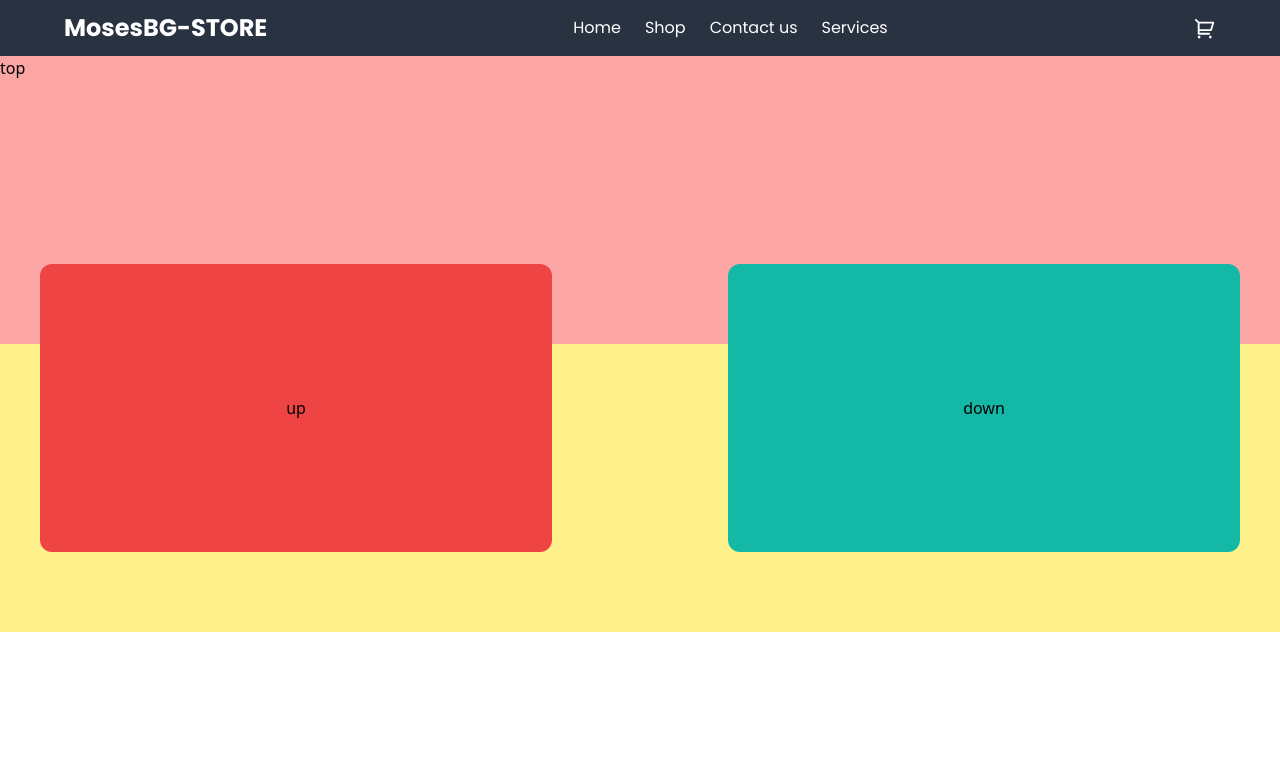
Repository: moshebengan/cart
Page: /fake-store/contact-us
These files come from the project's save history. The page is drawn as it stood at one moment and after the next save; the edit follows.
The browser window is 1280 px wide. The pictures show the whole page.
The project was rebuilt for these pictures with package versions that can differ from the ones it lists, and the page was loaded fresh each time. Also part of the build but not shown: vite.config.js, src/components/Error.jsx, src/utils/data.js, src/utils/apiCalls.js, src/components/Loading.jsx, src/components/Products.jsx, src/components/Footer.jsx, src/pages/HomePage.jsx and 5 more.

Above is the page before, as saved 2024-09-15 15:36:56.

After the next save:
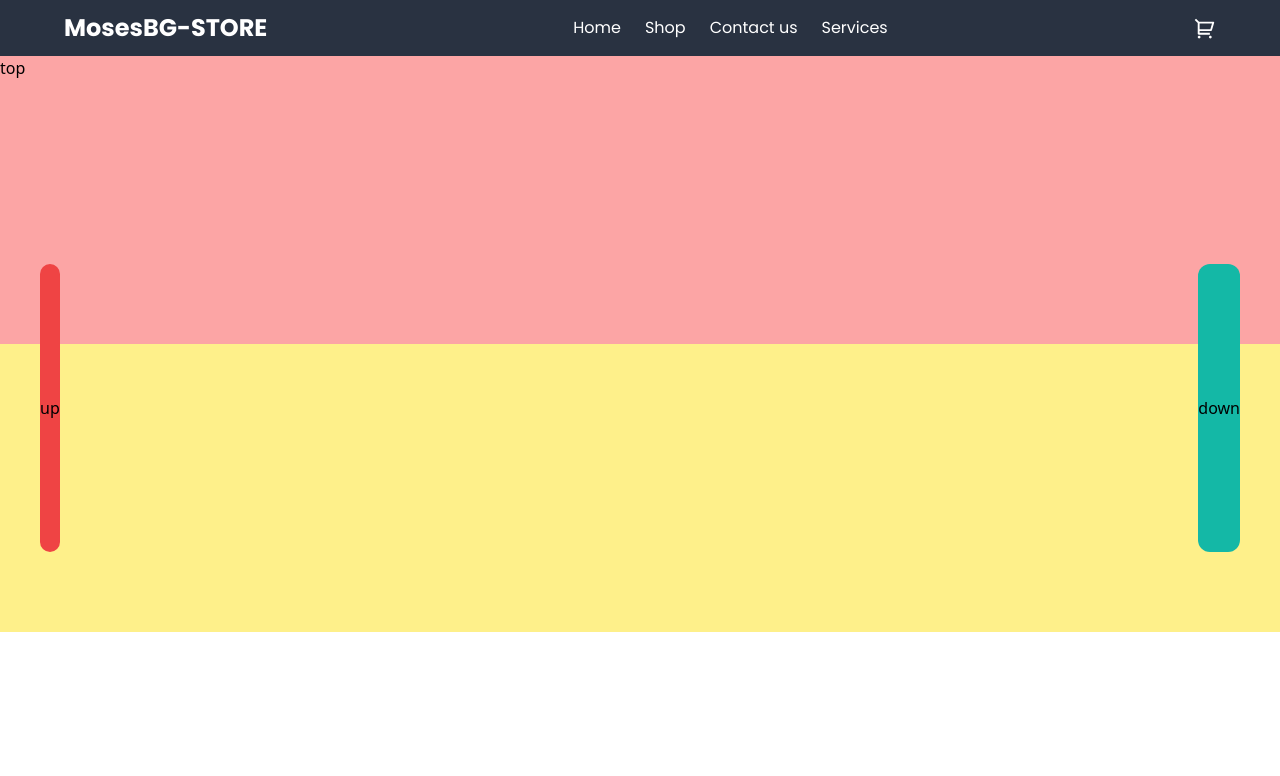
Saved 54 s later.
--- a/src/pages/ContactUs.jsx
+++ b/src/pages/ContactUs.jsx
@@ -5,8 +5,8 @@
     <div className="w-full h-screen flex flex-col">
       <div className="w-full h-[40%] bg-red-300">top</div>
       <div className="w-full h-[40%] bg-yellow-200 flex flex-row relative">
-        <div className="absolute ml-10 w-2/5 h-full bg-red-500 left-0  -top-20 flex items-center justify-center rounded-xl" >up</div>
-        <div className="absolute mr-10 w-2/5 h-full bg-teal-500 right-0 -top-20 flex items-center justify-center rounded-xl">down</div>
+        <div className="absolute ml-10 w-3/7 h-full bg-red-500 left-0  -top-20 flex items-center justify-center rounded-xl" >up</div>
+        <div className="absolute mr-10 w-3/7 h-full bg-teal-500 right-0 -top-20 flex items-center justify-center rounded-xl">down</div>
         {/* <div className="absolute -top-10 left-10 bg-yellow-300 flex-initial w-64">left</div>
         <div className="absolute -top-10 right-10 bg-pink-400 flex-initial w-32 ">right</div> */}
       </div>

After the save that followed:
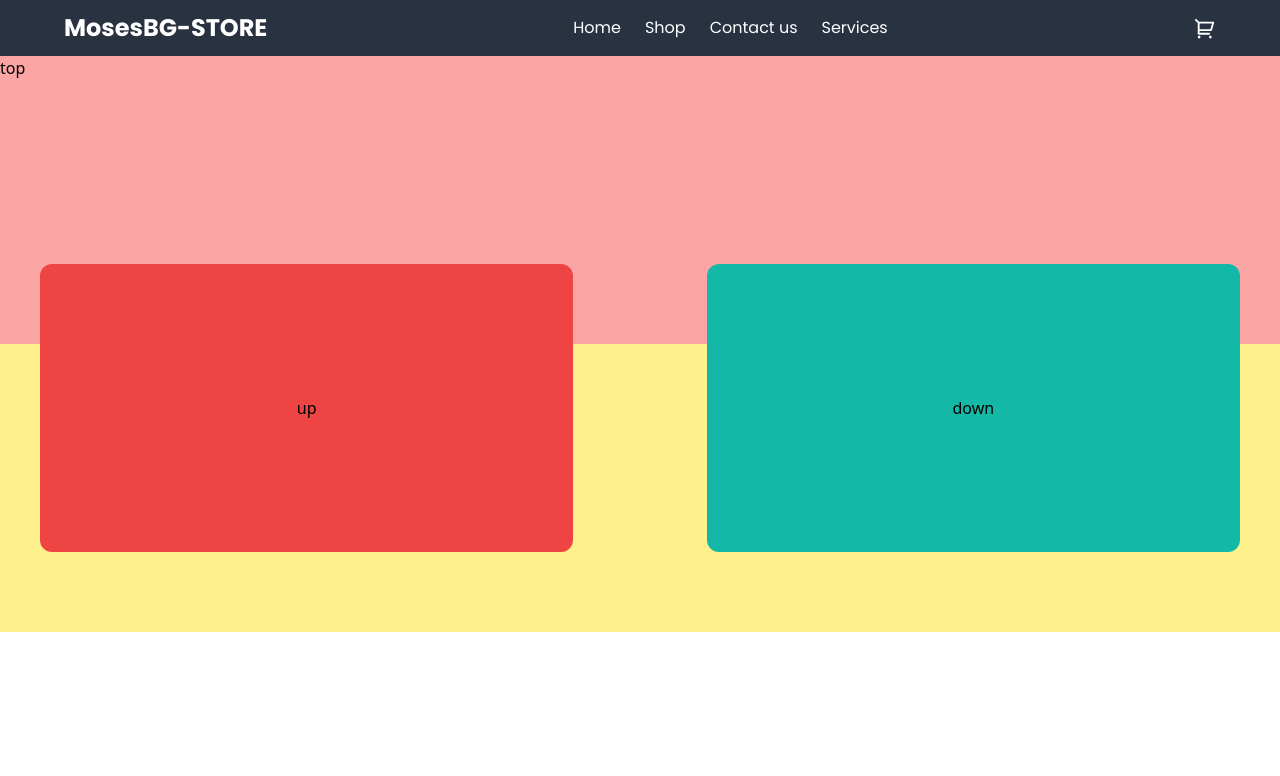
Saved 22 s later.
--- a/src/pages/ContactUs.jsx
+++ b/src/pages/ContactUs.jsx
@@ -5,8 +5,8 @@
     <div className="w-full h-screen flex flex-col">
       <div className="w-full h-[40%] bg-red-300">top</div>
       <div className="w-full h-[40%] bg-yellow-200 flex flex-row relative">
-        <div className="absolute ml-10 w-3/7 h-full bg-red-500 left-0  -top-20 flex items-center justify-center rounded-xl" >up</div>
-        <div className="absolute mr-10 w-3/7 h-full bg-teal-500 right-0 -top-20 flex items-center justify-center rounded-xl">down</div>
+        <div className="absolute ml-10 w-5/12 h-full bg-red-500 left-0  -top-20 flex items-center justify-center rounded-xl" >up</div>
+        <div className="absolute mr-10 w-5/12 h-full bg-teal-500 right-0 -top-20 flex items-center justify-center rounded-xl">down</div>
         {/* <div className="absolute -top-10 left-10 bg-yellow-300 flex-initial w-64">left</div>
         <div className="absolute -top-10 right-10 bg-pink-400 flex-initial w-32 ">right</div> */}
       </div>
